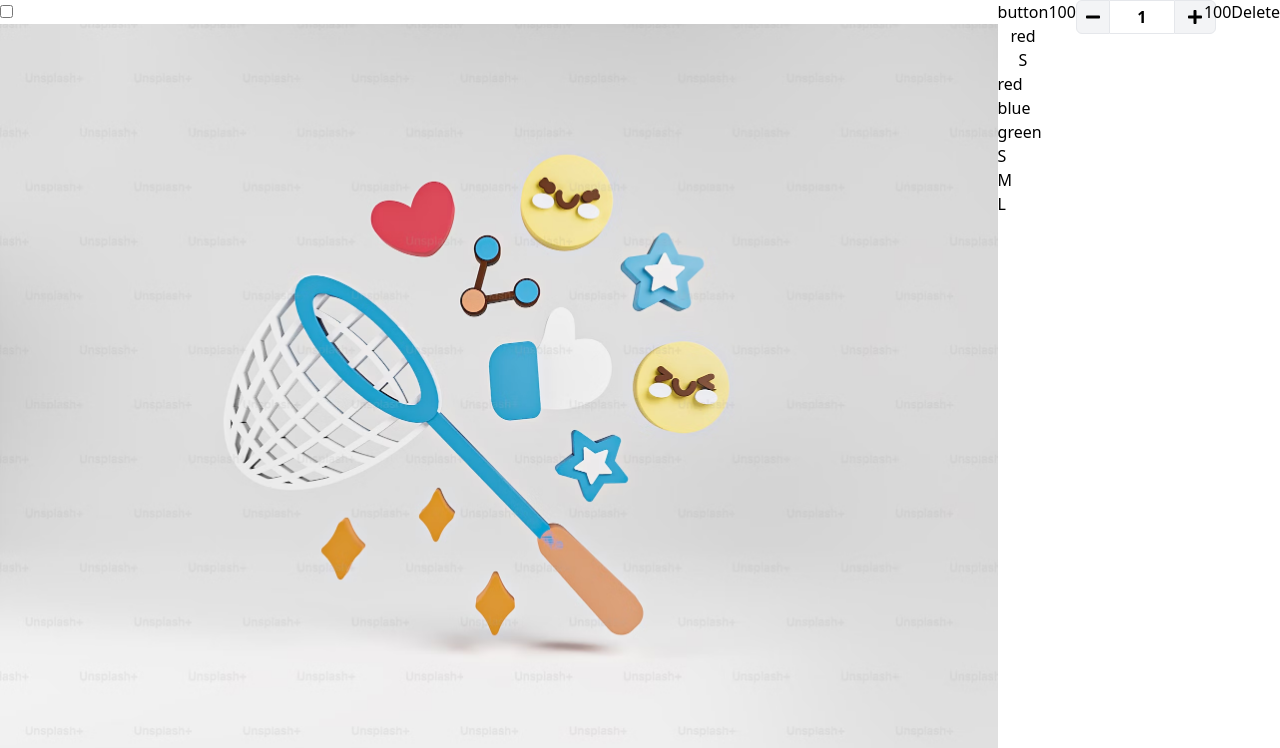
Repository: kimhieu153255/ShopDemoFE
Page: /
These files come from the project's save history. The page is drawn as it stood at one moment and after the next save; the edit follows.
The browser window is 1280 px wide. The pictures show the whole page.
The project was rebuilt for these pictures with package versions that can differ from the ones it lists, and the page was loaded fresh each time.

Above is the page before, as saved 2023-07-20 19:37:21.

After the next save:
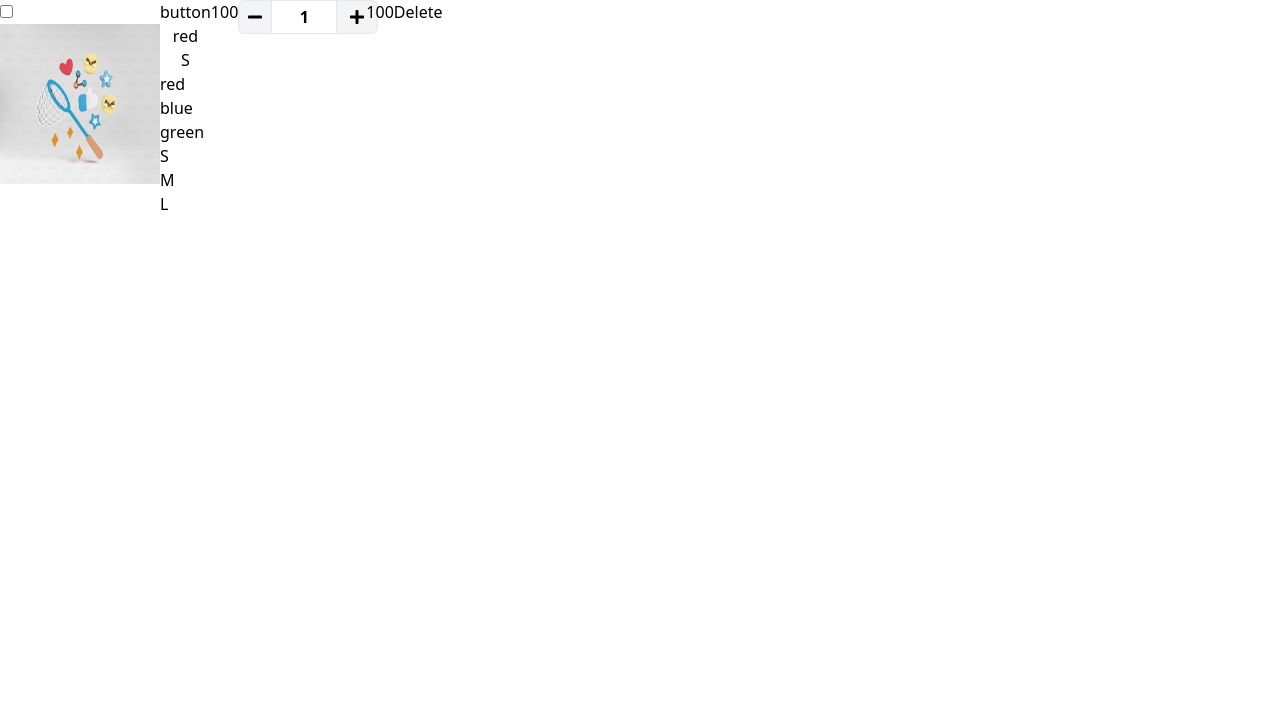
Saved 17 s later.
--- a/src/Components/Cart/CartItem.jsx
+++ b/src/Components/Cart/CartItem.jsx
@@ -9,7 +9,7 @@
       <div>
         <input type="checkbox" />
         <div>
-          <img src={img} alt="img" />
+          <img src={img} alt="img" className="w-40 h-40" />
         </div>
       </div>
       <div>
